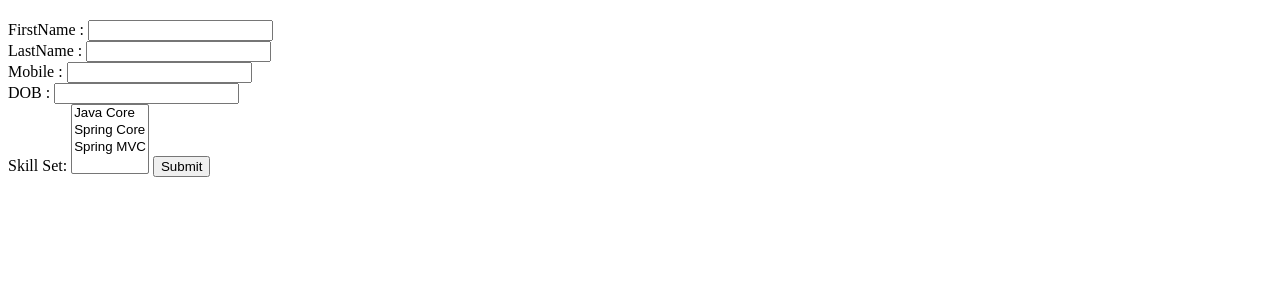
Repository: akashbadave7/SpringMVC
Page: http://localhost/SpringDemo/WEB-INF/jsp/form.jsp
These files come from the project's save history. The page is drawn as it stood at one moment and after the next save; the edit follows.
The browser window is 1280 px wide. The pictures show the whole page.
The page is served by Tomcat 9. Nobody is signed in. Other server files are loaded and not shown. The template is opened directly, without the code that normally fills it, so the values that code supplies are empty.

Above is the page before, as saved 2017-11-04 06:23:59.

### SpringDemo/src/main/webapp/WEB-INF/jsp/form.jsp
<%@ page language="java" contentType="text/html; charset=UTF-8"
    pageEncoding="UTF-8"%>
<!DOCTYPE html PUBLIC "-//W3C//DTD HTML 4.01 Transitional//EN" "http://www.w3.org/TR/html4/loose.dtd">
<html>
<head>
<meta http-equiv="Content-Type" content="text/html; charset=UTF-8">
<title>Insert title here</title>
</head>
<body>
	<h2>${headerMessage}</h2>
	<form action="addDetails" method="POST">
		FirstName : <input type="text" name="fname"><br>
		LastName : <input type="text" name="lname"><br>
		Mobile : <input type="text" name="mobile"><br>
		DOB : <input type="text" name="dob"><br>
		Skill Set: <select name="skill" multiple>
					<option value="Java Core">Java Core</option>
					<option value="Spring Core">Spring Core</option>
					<option value="Spring MVC">Spring MVC</option>
					</select>
		<input type="submit" value="Submit"/>
	</form>
</body>
</html>

After the next save:
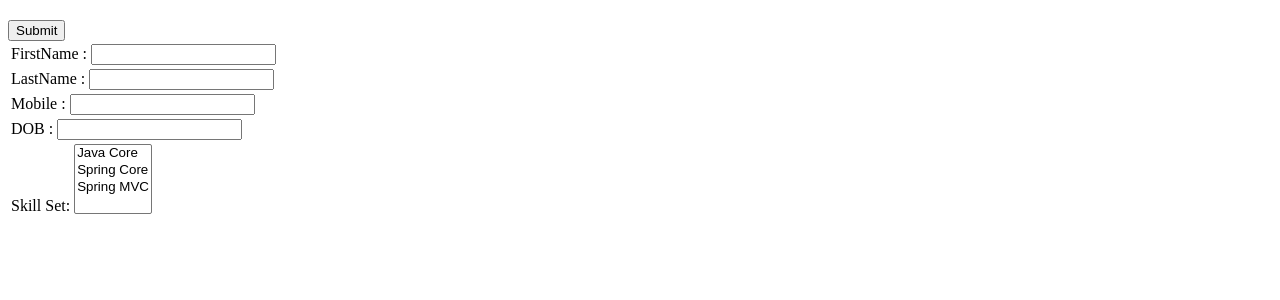
Saved 3 min 11 s later.
--- a/SpringDemo/src/main/webapp/WEB-INF/jsp/form.jsp
+++ b/SpringDemo/src/main/webapp/WEB-INF/jsp/form.jsp
@@ -9,16 +9,29 @@
 <body>
 	<h2>${headerMessage}</h2>
 	<form action="addDetails" method="POST">
-		FirstName : <input type="text" name="fname"><br>
-		LastName : <input type="text" name="lname"><br>
-		Mobile : <input type="text" name="mobile"><br>
-		DOB : <input type="text" name="dob"><br>
-		Skill Set: <select name="skill" multiple>
+	<table>
+	<tr>
+		<td>FirstName : <input type="text" name="fname"><br></td>
+	</tr>
+	<tr>
+		<td>LastName : <input type="text" name="lname"><br></td>
+	</tr>
+	<tr>
+		<td>Mobile : <input type="text" name="mobile"><br></td>
+	</tr>
+
+	<tr>
+		<td>DOB : <input type="text" name="dob"><br></td>
+	</tr>
+	<tr>
+		<td>Skill Set: <select name="skill" multiple>
 					<option value="Java Core">Java Core</option>
 					<option value="Spring Core">Spring Core</option>
 					<option value="Spring MVC">Spring MVC</option>
-					</select>
+					</select></td>
+	</tr>
 		<input type="submit" value="Submit"/>
+		</table>
 	</form>
 </body>
 </html>
